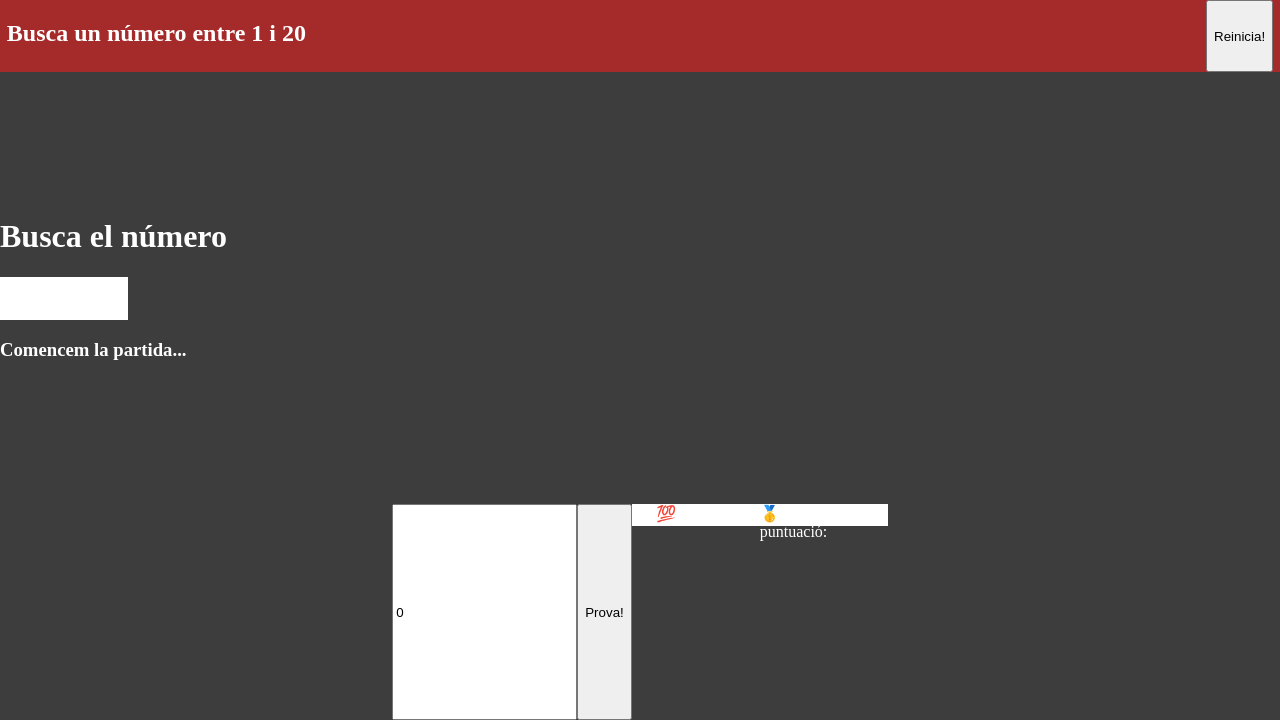
Repository: rdalmau23/M06_01
Page: index.html
These files come from the project's save history. The page is drawn as it stood at one moment and after the next save; the edit follows.
The browser window is 1280 px wide. The pictures show the whole page.

Above is the page before, as saved 2024-10-11 11:25:21.

After the next save:
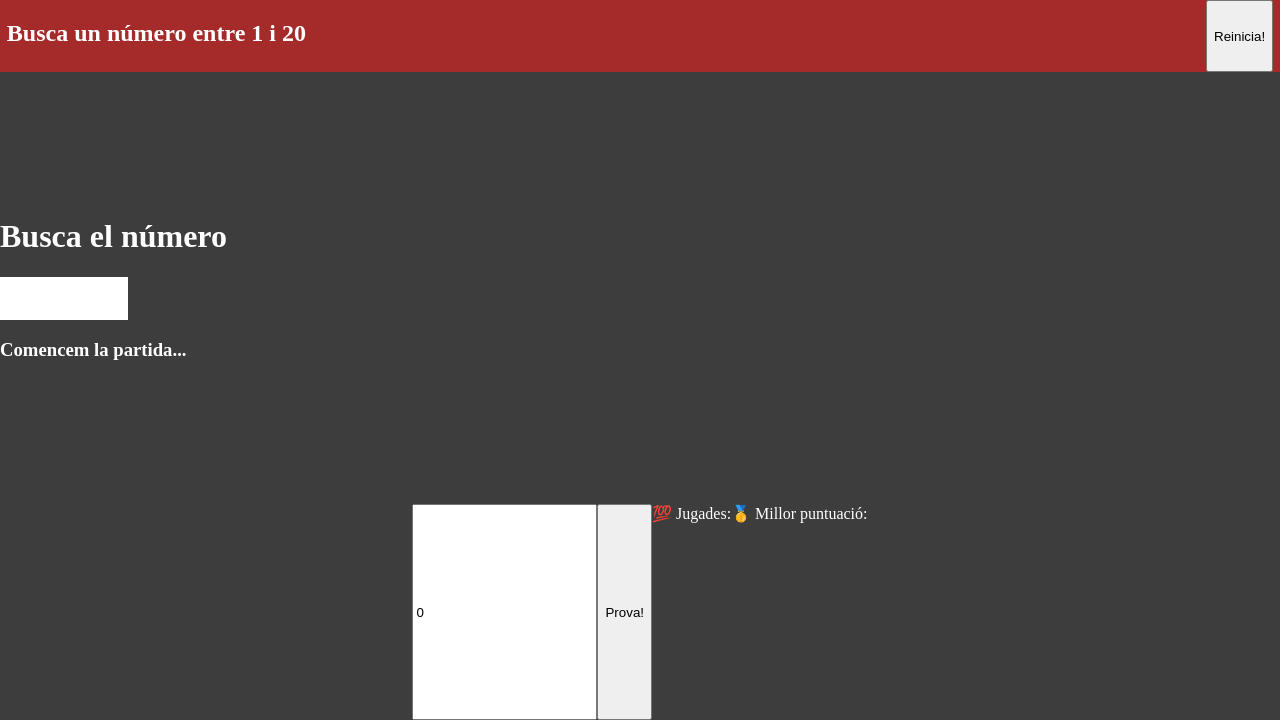
Saved 2 min 8 s later.
--- a/style.css
+++ b/style.css
@@ -14,7 +14,7 @@ header{
     gap: 900px;
     height: 10%;
 }
-div{
+#display-num{
     display: flex;
     justify-content: center;
     background-color: white;
